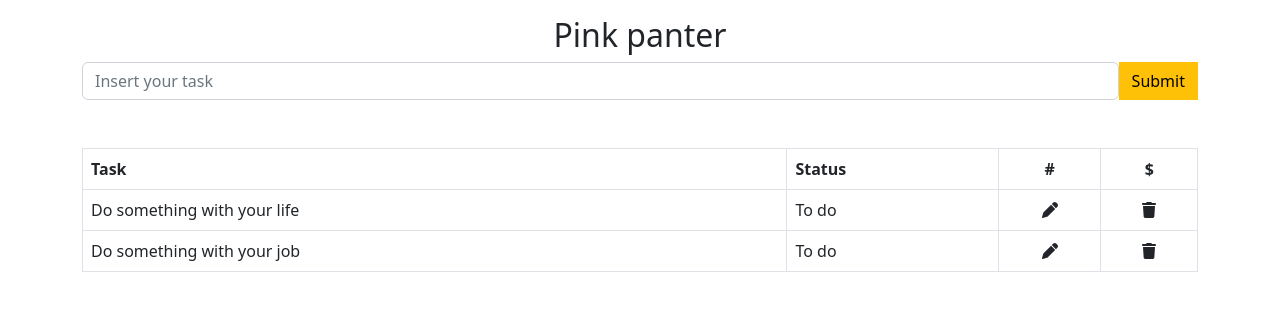
Repository: Wladomax/todo-vue
Page: /
The author's editor kept a copy of each file at every save. The page is drawn from the files as they stood at one save, then again after the next save.
The browser window is 1280 px wide. The pictures show the whole page.
The project was rebuilt for these pictures with package versions that can differ from the ones it lists, and the page was loaded fresh each time. Also part of the build but not shown: vue.config.js.

Above is the page before, as saved 2023-01-01 12:13:43.

### src/main.js
import { createApp } from "vue";
import App from "./App.vue";
import "bootstrap/dist/css/bootstrap.min.css";
import "@fortawesome/fontawesome-free/css/all.css";
import "@fortawesome/fontawesome-free/js/all.js";

createApp(App).mount("#app");

### src/App.vue
<template>
  <div>
    <ToDo></ToDo>
  </div>
</template>

<script>
import ToDo from "./components/ToDo.vue";

export default {
  name: "App",
  components: {
    ToDo,
  },
};
</script>

<style></style>

### src/components/ToDo.vue
<template>
  <div class="container">
    <h2 class="text-center mt-3">Pink panter</h2>

    <!-- input -->
    <div class="d-flex">
      <input type="text" placeholder="Insert your task" class="form-control" />
      <button class="btn btn-warning rounded-0">Submit</button>
    </div>

    <!-- Table-->
    <table class="table table-bordered mt-5">
      <thead>
        <tr>
          <th scope="col">Task</th>
          <th scope="col">Status</th>
          <th scope="col" class="text-center">#</th>
          <th scope="col" class="text-center">$</th>
        </tr>
      </thead>
      <tbody v-for="(task, index) in tasks" :key="index">
        <tr>
          <td>{{ task.name }}</td>
          <td>To do</td>
          <td>
            <div class="text-center">
              <span class="fa fa-pen"> </span>
            </div>
          </td>
          <td>
            <div class="text-center">
              <span class="fa fa-trash"> </span>
            </div>
          </td>
        </tr>
      </tbody>
    </table>
  </div>
</template>

<script>
export default {
  name: "ToDo",
  props: {
    msg: String,
  },

  data() {
    return {
      tasks: [
        {
          name: "Do something with your life",
          status: "todo",
        },
        {
          name: "Do something with your job",
          status: "in-progress",
        },
      ],
    };
  },
};
</script>

<style scoped></style>

Loaded but not shown: public/index.html (common file)

After the next save:
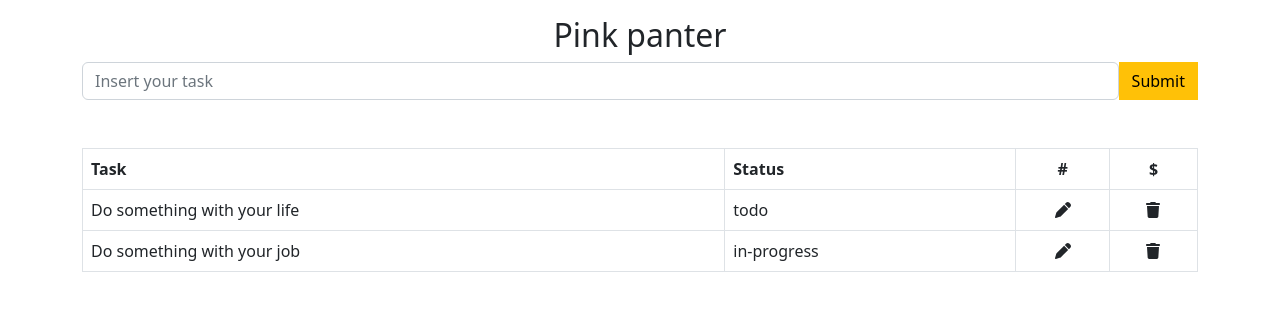
Saved 27 s later.
--- a/src/components/ToDo.vue
+++ b/src/components/ToDo.vue
@@ -21,7 +21,7 @@
       <tbody v-for="(task, index) in tasks" :key="index">
         <tr>
           <td>{{ task.name }}</td>
-          <td>To do</td>
+          <td>{{ task.status }}</td>
           <td>
             <div class="text-center">
               <span class="fa fa-pen"> </span>
